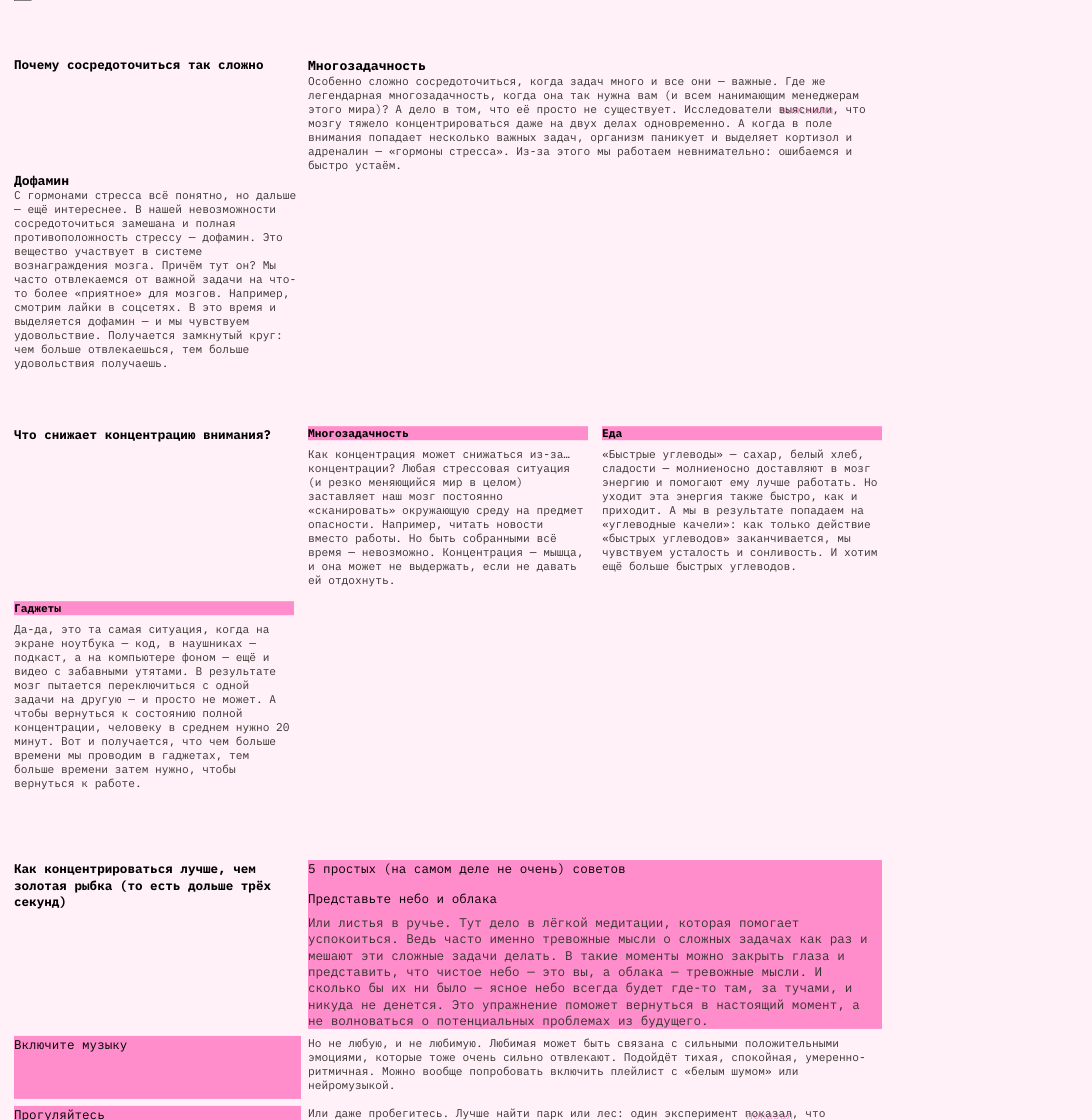
Repository: NikWolf75/slozhno-sosredotochitsya-fd
Page: index.html
The author's editor kept a copy of each file at every save. The page is drawn from the files as they stood at one save, then again after a run of saves.
The browser window is 1280 px wide. The page is 1560 px wide, so the pictures cover 1560 px, including what lies to the right of the window. The pictures show the part of the page from y = 747 to 2347 px (the page is 7198 px tall before and 7258 px after), at 70% of full size.

Above is the page before, as saved 2025-02-27 21:43:37.

### index.html
<!DOCTYPE html>
<html lang="ru">
  <head>
    <meta charset="UTF-8" />
    <meta http-equiv="X-UA-Compatible" content="IE=edge" />
    <meta name="viewport" content="width=device-width, initial-scale=1.0" />
    <meta name="color-scheme" content="dark light" />
    <link rel="stylesheet" href="/fonts/fonts.css" />
    <link rel="stylesheet" href="/styles/globals.css" />
    <link rel="stylesheet" href="/styles/variables.css" />
    <link rel="stylesheet" href="/styles/style.css" />
    <link rel="stylesheet" href="/styles/dark.css" />
    <link rel="stylesheet" href="/styles/light.css" />
    <link rel="icon" href="/images/favicon.ico" sizes="any" />
    <link rel="icon" href="/images/favicon.svg" type="image/svg+xml" />
    <title>Сложно сосредоточиться</title>
    <script src="./scripts/script.js"></script>
  </head>
  <body class="page">
    <header class="header decorated-zone">
      <p class="rec_element">REC</p>
      <nav class="header__theme-menu">
        <ul class="header__theme-menu-list">
          <li class="header__theme-menu-item">
            <button
              class="header__theme-menu-button header__theme-menu-button_type_light"
            >
              День
            </button>
          </li>
          <li class="header__theme-menu-item">
            <button
              class="header__theme-menu-button header__theme-menu-button_active header__theme-menu-button_type_auto"
              disabled
            >
              Авто
            </button>
          </li>
          <li class="header__theme-menu-item">
            <button
              class="header__theme-menu-button header__theme-menu-button_type_dark"
            >
              Неон
            </button>
          </li>
        </ul>
      </nav>
      <h1 class="title_main">no focus</h1>
      <div class="title-decor">
        <p>Что делать, когда не можешь делать ничего</p>
        <p>
          Или почему нам так сложно сконцентрироваться, особенно когда очень
          надо
        </p>
      </div>
    </header>
    <main class="content">
      <section class="content__section">
        <h2 class="question_text">Почему сосредоточиться так сложно</h2>
        <article class="answers">
          <h3 class=".content__answer-short">Многозадачность</h3>
          <p class="answer_large">
            Особенно сложно сосредоточиться, когда задач много и все они —
            важные. Где же легендарная многозадачность, когда она так нужна вам
            (и всем нанимающим менеджерам этого мира)? А дело в том, что её
            просто не существует. Исследователи
            <a class="link-text" href="#0">выяснили</a>, что мозгу тяжело
            концентрироваться даже на двух делах одновременно. А когда в поле
            внимания попадает несколько важных задач, организм паникует и
            выделяет кортизол и адреналин — «гормоны стресса». Из-за этого мы
            работаем невнимательно: ошибаемся и быстро устаём.
          </p>
        </article>
        <article class="answers">
          <h3 class=".content__answer-short">Дофамин</h3>
          <p class="answer_large">
            С гормонами стресса всё понятно, но дальше — ещё интереснее. В нашей
            невозможности сосредоточиться замешана и полная противоположность
            стрессу — дофамин. Это вещество участвует в системе вознаграждения
            мозга. Причём тут он? Мы часто отвлекаемся от важной задачи на
            что-то более «приятное» для мозгов. Например, смотрим лайки в
            соцсетях. В это время и выделяется дофамин — и мы чувствуем
            удовольствие. Получается замкнутый круг: чем больше отвлекаешься,
            тем больше удовольствия получаешь.
          </p>
        </article>
      </section>
      <section class="content__section content__what">
        <h2 class="question_text">Что снижает концентрацию внимания?</h2>
        <article class="answers">
          <h3 class="content__answer-short">Многозадачность</h3>
          <p class="answer_large">
            Как концентрация может снижаться из-за… концентрации? Любая
            стрессовая ситуация (и резко меняющийся мир в целом) заставляет наш
            мозг постоянно «сканировать» окружающую среду на предмет опасности.
            Например, читать новости вместо работы. Но быть собранными всё время
            — невозможно. Концентрация — мышца, и она может не выдержать, если
            не давать ей отдохнуть.
          </p>
        </article>
        <article class="answer">
          <h3 class="content__answer-short">Еда</h3>
          <p class="answer_large">
            «Быстрые углеводы» — сахар, белый хлеб, сладости — молниеносно
            доставляют в мозг энергию и помогают ему лучше работать. Но уходит
            эта энергия также быстро, как и приходит. А мы в результате попадаем
            на «углеводные качели»: как только действие «быстрых углеводов»
            заканчивается, мы чувствуем усталость и сонливость. И хотим ещё
            больше быстрых углеводов.
          </p>
        </article>
        <article class="answer">
          <h3 class="content__answer-short">Гаджеты</h3>
          <p class="answer_large">
            Да-да, это та самая ситуация, когда на экране ноутбука — код, в
            наушниках — подкаст, а на компьютере фоном — ещё и видео с забавными
            утятами. В результате мозг пытается переключиться с одной задачи на
            другую — и просто не может. А чтобы вернуться к состоянию полной
            концентрации, человеку в среднем нужно 20 минут. Вот и получается,
            что чем больше времени мы проводим в гаджетах, тем больше времени
            затем нужно, чтобы вернуться к работе.
          </p>
        </article>
      </section>
      <section class="content__section">
        <h2 class="question_text">
          Как концентрироваться лучше, чем золотая рыбка (то есть дольше трёх
          секунд)
        </h2>
        <article class="answer advice">
          <h3 class="content__answer-short sub_content__answer-short">
            5 простых (на самом деле не очень) советов
          </h3>
          <h4 class="advice">
            Представьте небо и облака
          </h4>
          <p class="answer_large">
            Или листья в ручье. Тут дело в лёгкой медитации, которая помогает
            успокоиться. Ведь часто именно тревожные мысли о сложных задачах как
            раз и мешают эти сложные задачи делать. В такие моменты можно
            закрыть глаза и представить, что чистое небо — это вы, а облака —
            тревожные мысли. И сколько бы их ни было — ясное небо всегда будет
            где-то там, за тучами, и никуда не денется. Это упражнение поможет
            вернуться в настоящий момент, а не волноваться о потенциальных
            проблемах из будущего.
          </p>
        </article>
          <h4 class="advice">
            Включите музыку
          </h4>
          <p class="answer_large">
            Но не любую, и не любимую. Любимая может быть связана с сильными
            положительными эмоциями, которые тоже очень сильно отвлекают.
            Подойдёт тихая, спокойная, умеренно-ритмичная. Можно вообще
            попробовать включить плейлист с «белым шумом» или нейромузыкой.
          </p>
          <h4 class="advice">
            Прогуляйтесь
          </h4>
          <p class="answer_large">
            Или даже пробегитесь. Лучше найти парк или лес: один эксперимент
            <a class="link-text" href="#0">показал</a>, что созерцание природы
            повышает концентрацию, в то время как после просмотра городских
            пейзажей она наоборот понижается. Можно совместить прогулку с
            физическими упражнениями или бегом — так в мозг поступит ещё больше
            кислорода и он будет лучше работать. Но и простая двадцатиминутная
            прогулка — тоже отличный вариант.
          </p>
          <h4 class="advice">
            Хорошо ешьте
          </h4>
          <p class="answer_large">
            Мы — не ваша бабушка, но это правда важно. Выбирайте продукты,
            которые препятствуют резким скачкам сахара в крови. Например, с
            высоким содержанием клетчатки: овощи, ягоды, бобовые (нут, чечевица,
            фасоль), коричневый рис, хлеб из цельнозерновой пшеницы.
          </p>
          <h4 class="advice">
            Читайте
          </h4>
          <p class="answer_large">
            Настоящие бумажные книги. Это правда помогает с концентрацией: чтобы
            прочитать пост в соцсети, достаточно нескольких минут или даже
            секунд. А вот интересная книга способна затянуть и на несколько
            часов и круто тренирует направленное внимание.
          </p>
        </article>
      </section>
      <section class="content__section content__gallery">
        <h2 class="content__answer-short">А можно в картинках?</h2>
        <div class="gallery">
          <figure class="gallery__item">
            <img
              class="content__section-image"
              src="./images/sunset.png"
              alt="Вид острова на закате"
              loading="lazy"
            />
          </figure>
          <figure class="gallery__item">
            <img
              class="gallery__section-image"
              src="./images/ice-cream.png"
              alt="Чаша с мороженным"
              loading="lazy"
            />
          </figure>
          <figure class="gallery__item">
            <img
              class="gallery__section-image"
              src="./images/tape.png"
              alt="Кассета"
              loading="lazy"
            />
          </figure>
          <figure class="gallery__item">
            <img
              class="gallery__section-image"
              src="./images/books.png"
              alt="Стопка книг"
              loading="lazy"
            />
          </figure>
          <figure class="gallery__item">
            <img
              class="gallery__section-image"
              src="./images/street.png"
              alt="Улица"
              loading="lazy"
            />
          </figure>
        </div>
      </section>
    </main>
    <footer class="footer decorated-zone">
      <h2 class="title_main footer__title">focus</h2>
    </footer>
  </body>
</html>

### styles/globals.css
*,
*::before,
*::after {
  box-sizing: border-box;
}

body {
  min-inline-size: 375px;
  max-inline-size: 1440px;
  margin: 0 auto;
}

h1,
h2,
h3,
h4,
h5,
h6,
p {
  margin: 0;
}

ul {
  margin: 0;
  padding: 0;
  list-style: none;
}

picture {
  margin: 0;
  padding: 0;
}

button,
a {
  font-family: inherit;
  font-size: inherit;
  line-height: inherit;
  color: currentColor;
}

### styles/variables.css
:root {
  --main-font: 'IBM Plex mono';
}

### styles/style.css
.page {
  display: flex;
  flex-direction: column;
  font-family: var(--main-font), monospace;
  block-size: min-content;
  position: relative;
  font-weight: 700;
  background-color: var(--main-background-color);
  background-image: var(--main-background-image);
  background-attachment: fixed;
  background-position: center;
  background-size: cover;
  background-repeat: no-repeat;
 }

.decorated-zone {
  position: relative;
}

.decorated-zone::after,
.decorated-zone::before {
  position: absolute;
  inline-size: 25px;
  block-size: 25px;
  content: "";
  border: 1px solid var(--corner-color);
}

.decorated-zone::after {
  border-top: none;
  border-right: none;
  bottom: 10px;
  left: 10px;
}

.decorated-zone::before {
  border-left: none;
  border-bottom: none;
  right: 10px;
  top: 10px;
}

@media (width >= 768px) {
  .decorated-zone::after {
    bottom: 20px;
    left: 20px;
  }
}

@media (width >= 768px) {
  .decorated-zone::before {
    right: 20px;
    top: 20px;
  }
}

.rec_element {
  position: absolute;
  align-self: start;
  justify-self: end;
  margin: 0;
  right: 10px;
  margin-right: 28px;
  font-size: 18px;
  grid-column: 3;
  grid-row: 1;
  color: var(--accent-color);
  gap: 10px;
}

@media (width >= 768px) {
  .rec_element {
    right: 20px;
  }
}

.rec_element::after {
  content: "";
  border-radius: 50%;
  position: absolute;
  top: 8px;
  left: 44px;
  background: var(--accent-color);
  width: 10px;
  height: 10px;
  box-shadow: 0 0 4px 2px var(--accent-color)
}

.header {
  display: grid;
  grid-template-columns: repeat(3, 1fr);
  grid-template-rows: 1fr min-content 1fr;
  align-items: center;
  justify-items: end;
  position: relative;
  block-size: min(668px, 100vh);
  padding: 10px;
  inline-size: 100%;
 }

 @media (width >= 768px) {
  .header {
    padding: 20px 20px 20px 0;
    block-size: max(1024px, 100vh);
  }
 }

 @media (width >= 1024px) {
  .header {
    block-size: max(768px, 100vh);
  }
 }

 .header__theme-menu {
  grid-column: 3;
  grid-row: 1;
  justify-self: end;
  align-self: center;
}

@media (width >= 1024px) {
  .header__theme-menu {
    grid-column: 1 / -1;
    align-self: start;
    justify-self: center;
    margin-left: 20px;
  }
 }

.header__theme-menu-list {
  display: flex;
  flex-direction: column;
  list-style: none;
  row-gap: 10px;
}

@media (width >= 1024px) {
  .header__theme-menu-list {
    display: flex;
    flex-direction: row;
    column-gap: 10px;
  }
 }

.header__theme-menu-button {
  font-family: inherit;
  background: transparent;
  font-size: 18px;
  color: var(--menu-color);
  border: none;
  text-transform: lowercase;
  border: none;
  height: 26px;
  padding-right: 13px;
  padding-left: 13px;
}

.header__theme-menu-bitton:hover {
  outline: 1px solid var(--menu-color-rgb);
}

.header__theme-menu-button_active {
  outline: 1px solid var(--menu-color);
}

.header__theme-menu-button:focus {
  outline: none;
  text-decoration: underline;
}

.header__theme-menu-button:focus-visible {
  outline: none;
  text-decoration: underline;
}

.title_main {
  font-family: inherit;
  font-size: clamp(7.25rem, 7.0115rem + 1.0178vw, 7.5rem);
  line-height: 95.7px;
  color: var(--title-short-text-color);
  text-shadow: 4px 4px 0 var(--accent-color);
  justify-self: start;
  grid-column: 1 / -1;
  grid-row: 2;
}

@media (width >= 1024px) {
  .title_main {
    line-height: 129.5px;
  }
}

@media (width >= 768px) {
  .title_main {
    font-size: clamp(7.5rem, 0.5625rem + 14.4531vw, 9.8125rem);
    font-weight: 700;
    line-height: 99px;
  }
}

.title-decor {
  font-weight: 700;
  font-family: var(--main-font), monospace;
  font-size: 18px;
  line-height: 23.4px;
  background-color: var(--accent-color);
  color: var(--title-text-color);
  grid-row: 3;
  grid-column: 1 / -1;
  border: 1px solid var(--main-background-color);
  margin: 0;
  justify-self: end;
  align-self: center;
}

@media (width >= 768px) {
  .title-decor {
    max-width: 49%;
  }
}

.content {
  display: flex;
  box-sizing: border-box;
  flex-direction: column;
  padding: 40px 10px 0 10px;
  row-gap: 50px;
}

@media (width >= 768px) {
  .content {
    padding: 60px 20px 20px 20px;
    row-gap: 80px;
  }
}

@media (width >= 768px) {
  .content__section {
    display: grid;
    grid-template-columns: 1fr 2fr;
    column-gap: 20px;
  }
}

@media (width >= 1024px) {
  .content__section {
    column-gap: 10px;
  }
}

.content__what, .answer {
  margin-bottom: 20px;
}

.content__what, .answers:last-of-type {
  margin-bottom: 0;
}

.content__gallery, .content__answer-short {
  font-size: 18px;
}

@media (width >= 768px) and (width < 1024px) {
  .content__what,
  .content__gallery {
    display: grid;
    grid-template-columns: repeat(3, 1fr);
    grid-template-rows: min-content, 1fr;
    row-gap: 20px;
  }

  .content__what, .question_text {
    grid-row: 1;
    grid-column: 1;
  }

  .content__what, .content__answers {
    grid-row: 2;
    grid-column: 1 / -1;
    margin-bottom: 20px;
  }

  .content__gallery, .content__answer-short {
    grid-row: 1;
    grid-column: 1 / -1;
    margin: 0;
  }

  .content__gallery, .gallery {
    grid-row: 2;
    grid-column: 1 / -1;
  }
}

@media (width >= 1024px) {
  .content__what,
  .content__gallery {
    display: grid;
    grid-template-columns: repeat(3, 1fr);
    row-gap: 20px;
  }

  .content__what, .question_text {
    grid-row: 1;
    grid-column: 1;
  }

  .content__what, .content__answers {
    display: grid;
    grid-row: 2;
    grid-column: 1 / -1;
    column-gap: 20px;
    grid-template-columns: repeat(auto-fit, minmax(calc((100% - 40px) / 3), 1fr));
  }

  .content__gallery, .content__answer-short {
    grid-row: 1;
    grid-column: 1 / -1;
    margin: 0;
  }

  .content__gallery, .gallery {
    grid-row: 2;
    grid-column: 1 / -1;
  }
}

.question_text {
  font-family: var(--main-font), monospace;
  font-size: 18px;
  font-weight: 700;
  line-height: 23.5px;
  color: var(--question_text-color);
  margin: 0;
  margin-bottom: 20px;
}

@media (width >= 768px) {
  .question_text {
    padding-right: 9px;
    margin-bottom: 0;
  }
}

.content__answers {
  font-family: var(--main-font), monospace;
  font-size: 18px;
  font-weight: 700;
  line-height: 23.5px;
  color: var(--content__answer-short-color);
}

.content_how {
  display: flex;
  flex-direction: column;
}

.content__answer-short {
  color: var(--content__answer-short-color);
  background-color: var(--accent-color);
  margin: 0;
  margin-bottom: 10px;
  font-family: inherit;
  font-size: inherit;
  font-weight: inherit;
  line-height: inherit;
}

.sub_content__answer-short {
  margin-bottom: 20px;
}

.answer_large {
  font-family: inherit;
  font-size: inherit;
  font-weight: 400;
  line-height: inherit;
  color: var(--answer-text-color);
  margin: 0;
  margin-bottom: 20px;
}

.content__answers, .answer_large:last-of-type {
  margin-bottom: 0;
}

.link-text {
  text-decoration: none;
  color: inherit;
  text-shadow: 2px 2px 0 var(--shadow-accent-color);
}

.link-text:hover {
  border-bottom: 1px solid var(--menu-color);
}

.link-text:focus {
  outline: none;
  border: none;
}

.link-text:focus-visible {
  outline: 1px solid var(--answer-text-color);
  border: 1px solid transparent;
  color: var(--answer-text-color);
}

.advice {
  font-family: var(--main-font), monospace;
  font-size: 18px;
  font-weight: 400;
  background-color: var(--accent-color);
  line-height: 23.4px;
  margin: 0 0 10px 0;
}

.gallery {
  display: grid;
  grid-template-columns: 1fr;
  grid-template-rows: 142px 355px 237px 355px 237px;
  gap: 10px;
  grid-auto-flow: dense;
  margin-bottom: 40px;
}

.gallery__item {
  margin: o;
}

.gallery__section-image {
  object-fit: cover;
  inline-size: 100%;
  block-size: 100%;
}

@media (width >= 1024px) {
  .gallery {
    grid-template-rows: 260px 315px 433px;
  }
}

.footer {
  display: grid;
  height: 100vh;
  padding: 10px;
  block-size: max(668px, 100vh);
  grid-template-columns: 1fr;
  grid-template-rows: 1fr min-content 1fr;
}

@media (width >= 768px) {
  .footer {
    padding: 20px;
    block-size: max(1024px, 100vh);
  }
}

@media (width >= 1024px) {
  .footer {
    block-size: max(768px, 100vh);
  }
}

.footer_title {
  justify-self: center;
}

### styles/dark.css
:root.theme-dark {
  --title-short-text-color: #DB00FF;
  --header-background-image: url(../images/cover-image-dark.png);
  --title-text-color: #000028;
  --accent-color: #FF0070;
  --menu-color: #FF0070;
  --menu-color-rgb: rgba(255, 0, 112, 0.4);
  --shadow-accent-color: #FF0070;
  --main-background-color: #000028;
  --answer-text-color: #F1B2CE;
  --answer-short-text-color: #000028;
  --question-text-color: #FF0070;
  --corner-color: #FF0070;
}

.theme-dark .page {
  /* Вам также нужно будет написать ряд подобных селекторов */
}

.theme-dark li {
  outline: none;
}

@media (prefers-color-scheme: dark) {
  :root {
    /* сохраните этот селектор в приведённом виде.
      Так стили написанные ниже будут иметь больший вес,
      чем стили в медиазапросе предпочтений пользователя
    */
    --title-short-text-color: #DB00FF;
    --header-background-image: url(../images/cover-image-dark.png);
    --title-text-color: #000028;
    --accent-color: #FF0070;
    --menu-color: #FF0070;
    --menu-color-rgb: rgba(255, 0, 112, 0.4);
    --shadow-accent-color: #FF0070;
    --main-background-color: #000028;
    --answer-text-color: #F1B2CE;
    --answer-short-text-color: #000028;
    --question-text-color: #FF0070;
    --corner-color: #FF0070;
  }

  li {
    outline: none;
  }
}

### styles/light.css
:root.theme-light {
  --title-short-text-color: #FFC2E6;
  --header-background-image: url(../images/cover-image-light.png);
  --title-text-color: #353430;
  --accent-color: #FF8DCB;
  --menu-color: #353430;
  --menu-color-rgb: rgba(53, 52, 48, 0.4);
  --shadow-accent-color: #FF8DCB;
  --main-background-color: #FFF1F7;
  --answer-text-color: #353430;
  --answer-short-text-color: #353430;
  --question-text-color: #353430;
  --corner-color: #353430;
}

.theme-light .page .rec_element {
  display: none;
}

.theme-light .rec_element::after {
  display: none;
}

.theme-light li {
  outline: none;
}

@media (prefers-color-scheme: light) {
  :root {
    --title-short-text-color: #FFC2E6;
    --header-background-image: url(../images/cover-image-light.png);
    --title-text-color: #353430;
    --accent-color: #FF8DCB;
    --menu-color: #353430;
    --menu-color-rgb: rgba(53, 52, 48, 0.4);
    --shadow-accent-color: #FF8DCB;
    --main-background-color: #FFF1F7;
    --answer-text-color: #353430;
    --answer-short-text-color: #353430;
    --question-text-color: #353430;
    --corner-color: #353430;
  }


  .theme-light .rec_element {
    display: none;
  }

  .theme-auto .rec_element {
    display: none;
  }

  .rec_element .rec_element::after {
    display: none;
  }

  li {
    outline: none;
  }
}

Loaded but not shown: fonts/fonts.css (common file); scripts/script.js (52 lines, source omitted)

After the next 4 saves:
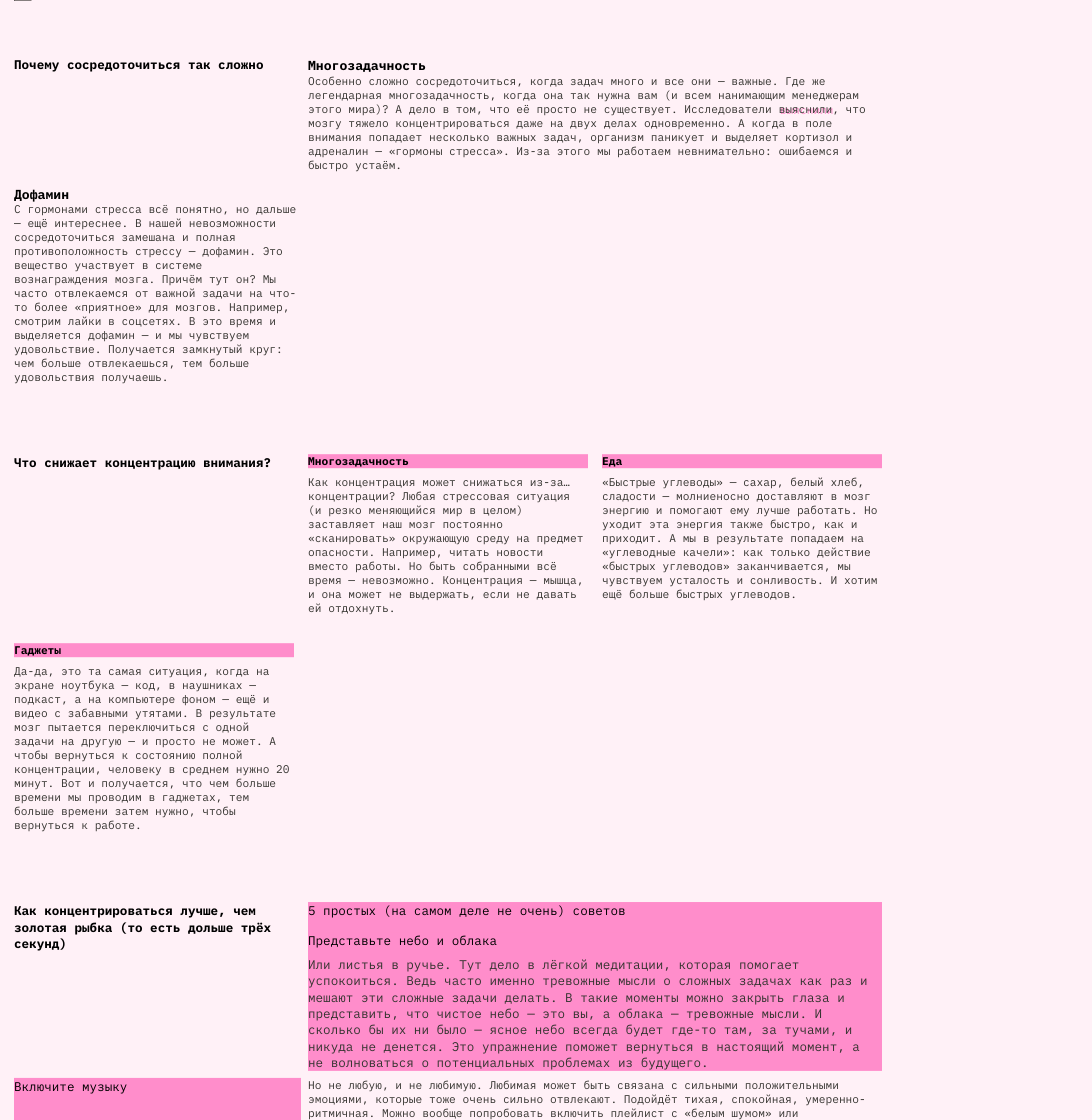
The 4 saves are shown as one change because they came seconds apart.
The last was saved 11 s later.
--- a/index.html
+++ b/index.html
@@ -57,7 +57,7 @@
     <main class="content">
       <section class="content__section">
         <h2 class="question_text">Почему сосредоточиться так сложно</h2>
-        <article class="answers">
+        <article class="answer">
           <h3 class=".content__answer-short">Многозадачность</h3>
           <p class="answer_large">
             Особенно сложно сосредоточиться, когда задач много и все они —
@@ -71,7 +71,7 @@
             работаем невнимательно: ошибаемся и быстро устаём.
           </p>
         </article>
-        <article class="answers">
+        <article class="answer">
           <h3 class=".content__answer-short">Дофамин</h3>
           <p class="answer_large">
             С гормонами стресса всё понятно, но дальше — ещё интереснее. В нашей
@@ -87,7 +87,7 @@
       </section>
       <section class="content__section content__what">
         <h2 class="question_text">Что снижает концентрацию внимания?</h2>
-        <article class="answers">
+        <article class="answer">
           <h3 class="content__answer-short">Многозадачность</h3>
           <p class="answer_large">
             Как концентрация может снижаться из-за… концентрации? Любая
